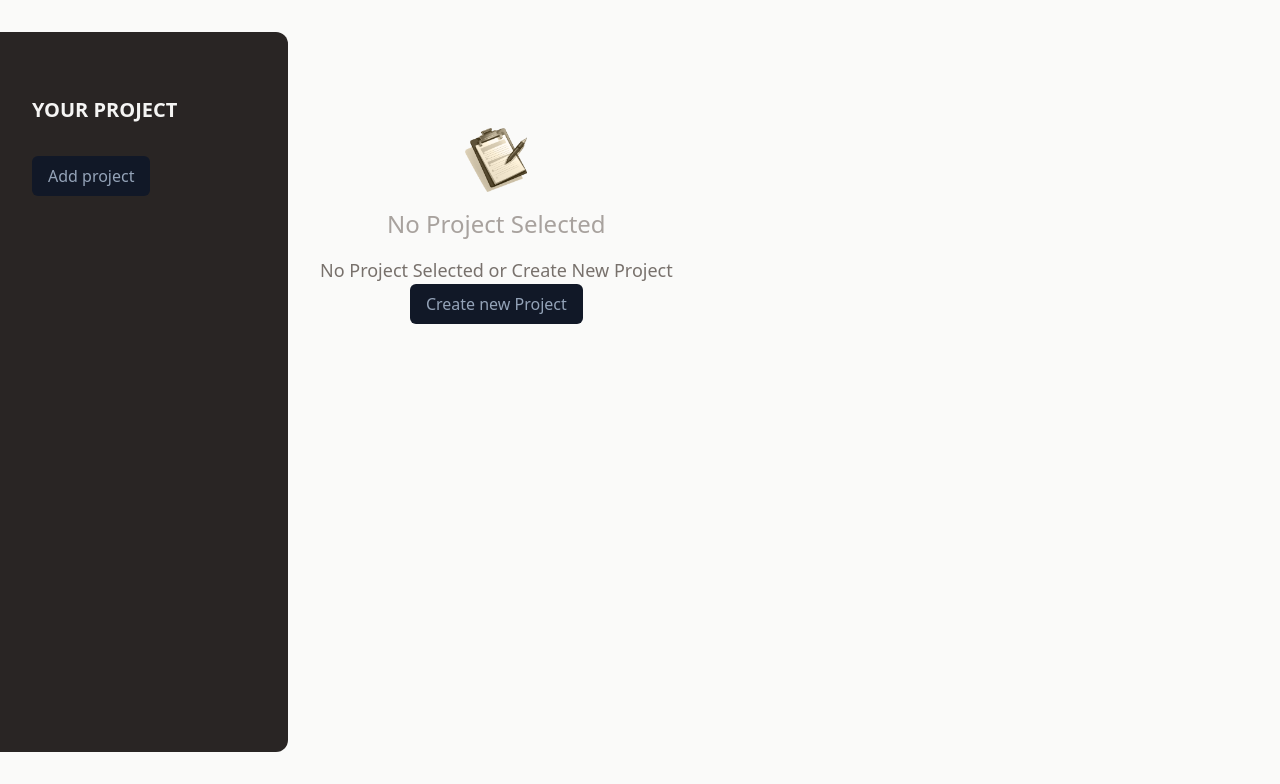
Repository: sibi24sibi/todo-list-using-reactjs
Page: /
These files come from the project's save history. The page is drawn as it stood at one moment and after the next save; the edit follows.
The browser window is 1280 px wide. The pictures show the whole page.
The project was rebuilt for these pictures with package versions that can differ from the ones it lists, and the page was loaded fresh each time. Also part of the build but not shown: vite.config.js, src/Components/Input.jsx, src/Components/NewProjects.jsx.

Above is the page before, as saved 2024-06-24 15:03:39.

### src/App.jsx
import NewPoject from "./Components/NewProjects";
import Noprojects from "./Components/NoProjects";
import SideBar from "./Components/SideBar";

function App() {
  return (
    <>
      <main className="h-screen my-8 flex gap-8">
        <SideBar />
        <Noprojects />
      </main>
    </>
  );
}

export default App;

### src/Components/NoProjects.jsx
import noProjects from "../assets/no-projects.png";
import Button from "./Button";

export default function Noprojects() {
  return (
    <div className="W-2/3  mt-24 text-center">
      <img
        src={noProjects}
        alt="No Projects"
        className="w-16 h-16 object-contain mx-auto"
      />
      <h2 className="text-2xl my-4  text-stone-400 ">No Project Selected</h2>
      <p className=" text-lg  text-stone-500 ">
        No Project Selected or Create New Project
      </p>
      <p>
        <Button className="">Create new Project</Button>
      </p>
    </div>
  );
}

### src/Components/SideBar.jsx
import Button from "./Button";

export default function SideBar() {
  return (
    <aside className="w-1/3 px-8 py-16 bg-stone-800 text-stone-50 md:w-72 rounded-r-xl">
      <h2 className="mb-8 font-bold uppercase md:text-xl text-stone-100">
        your project
      </h2>
      <div>
        <Button className="px-4 py-2 text-slate-400 hover:text-slate-900 md:text-base rounded-md bg-slate-800 hover:bg-slate-400">
          Add project
        </Button>
      </div>
      <ul></ul>
    </aside>
  );
}

### src/Components/Button.jsx
export default function Button({ children, ...props }) {
  return (
    <button
      {...props}
      className="px-4 py-2 text-slate-400 hover:text-gray-950 md:text-base rounded-md  bg-gray-900 hover:bg-slate-400"
    >
      {children}
    </button>
  );
}

Loaded but not shown: index.html (common file); src/main.jsx (common file); src/index.css (common file); tailwind.config.js (common file)

After the next save:
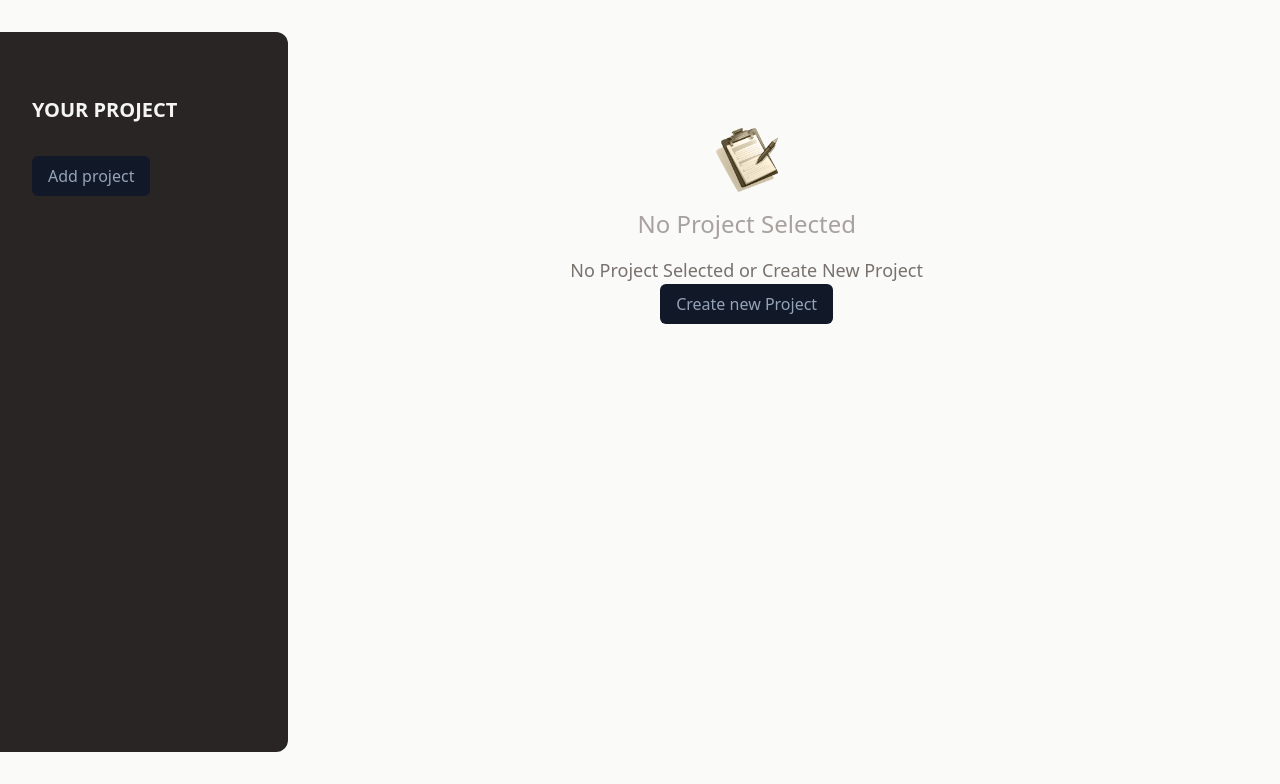
Saved 40 s later.
--- a/src/Components/NoProjects.jsx
+++ b/src/Components/NoProjects.jsx
@@ -3,7 +3,7 @@ import Button from "./Button";
 
 export default function Noprojects() {
   return (
-    <div className="W-2/3  mt-24 text-center">
+    <div className="w-2/3  mt-24 text-center">
       <img
         src={noProjects}
         alt="No Projects"
